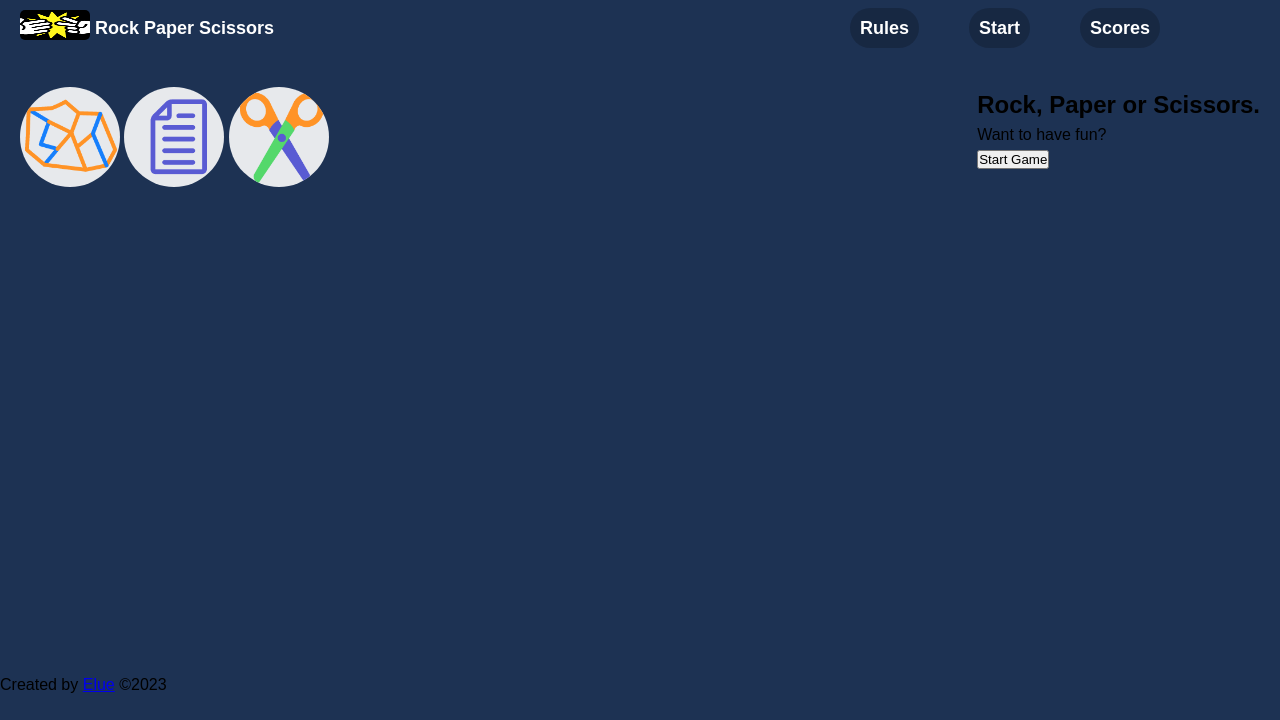
Repository: MikkyPrestige/rock-paper-scissors
Page: index.html
An editor plug-in stored every save of this project. The page is shown before and after the next save, followed by the edit.
The browser window is 1280 px wide. The pictures show the whole page.

Above is the page before, as saved 2023-05-08 04:38:04.

### index.html
<!DOCTYPE html>
<html lang="en">

<head>
  <meta charset="UTF-8">
  <meta http-equiv="X-UA-Compatible" content="IE=edge">
  <meta name="viewport" content="width=device-width, initial-scale=1.0">
  <title>Rock, Paper or Scissors Game</title>
  <link rel="stylesheet" href="./index.css">
  <!-- <script src="./index.js" defer></script> -->
</head>

<body>
  <main>
    <header>
      <figure>
        <a href="/">
          <img src="./img/logo.png" alt="Logo" class="logo">
        </a>
        <figcaption>Rock Paper Scissors</figcaption>
      </figure>
      <nav>
        <ul>
          <li><a href="#">Rules</a></li>
          <li><a href="#">Start</a></li>
          <li><a href="#">Scores</a></li>
        </ul>
      </nav>
    </header>
    <section class="home">
      <div class="images">
        <img src="./img/Rock.gif" alt="Rock image" class="img rock">
        <img src="./img/Paper.gif" alt="Paper image" class="img paper">
        <img src="./img/Scissors.gif" alt="Scissors image" class="img scissors">
      </div>
      <div class="content">
        <h1>Rock, Paper or Scissors.</h1>
        <p>Want to have <span>fun?</span></p>
        <button type="submit" class="btn">Start Game</button>
      </div>
    </section>

    <footer>
      <p>Created by <a href="#" target="_blank">Elue</a> &copy;2023</p>
    </footer>
  </main>
</body>

</html>

### index.css
*,
*::after,
*::before {
  box-sizing: border-box;
  margin: 0;
  padding: 0;
}

html {
  font-size: 62.5%;
}

body {
  font-family: "Fira Sans", sans-serif;
  font-size: 1.6rem;
  line-height: 1.5;
  background: rgba(29, 50, 83, 1);
  width: 100%;
  height: 100%;
}

main {
  display: flex;
  flex-direction: column;
  justify-content: center;
  gap: 2rem;
  height: 100%;
  width: 100%;
}

header {
  display: flex;
  justify-content: space-between;
  align-items: center;
  padding: 1rem 2rem;
  width: 100%;
  height: auto;
}

figure {
  display: flex;
  align-items: center;
  gap: .5rem;
  height: auto;
}

.logo {
  width: 7rem;
  height: 3rem;
  border-radius: .5rem;
  -webkit-border-radius: .5rem;
  -moz-border-radius: .5rem;
  -ms-border-radius: .5rem;
  -o-border-radius: .5rem;
}

figcaption {
  font-size: 1.8rem;
  font-weight: 600;
  color: rgba(255, 255, 255, 1);
}

nav {
  height: auto;
  margin-right: 10rem;
}

ul {
  display: flex;
  justify-content: center;
  align-items: center;
  gap: 5rem;
  list-style: none;
}

li a {
  font-size: 1.8rem;
  font-weight: 600;
  color: rgba(255, 255, 255, 1);
  background: linear-gradient(0deg, rgba(0, 0, 0, 0.2), rgba(0, 0, 0, 0.2)), #1D3253;
  text-decoration: none;
  padding: 1rem;
  border-radius: 2rem;
}

li a:hover {
  background: rgba(255, 255, 255, 1);
  color: rgba(29, 50, 83, 1);
  text-decoration: underline;
}

.home {
  display: flex;
  justify-content: space-between;
  padding: 1rem 2rem;
  width: 100%;
  height: 80vh;
}

.images {
  position: relative;
}

.img {
  background: rgba(253, 253, 253, 0.9);
  border-radius: 50%;
  -webkit-border-radius: 50%;
  -moz-border-radius: 50%;
  -ms-border-radius: 50%;
  -o-border-radius: 50%;
  width: 10rem;
  height: 10rem;
}

After the next save:
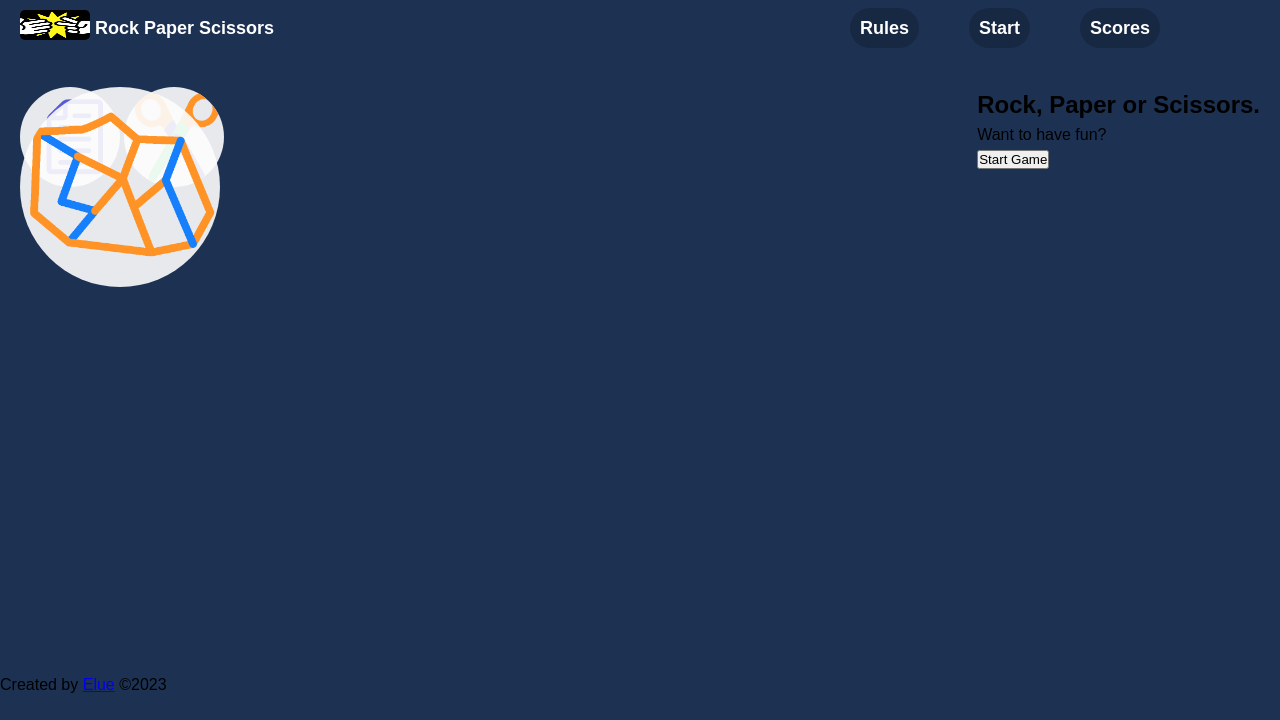
Saved 54 s later.
--- a/index.css
+++ b/index.css
@@ -111,3 +111,11 @@ li a:hover {
   width: 10rem;
   height: 10rem;
 }
+
+.rock {
+  position: absolute;
+  top: 0;
+  left: 0;
+  width: 20rem;
+  height: 20rem;
+}
